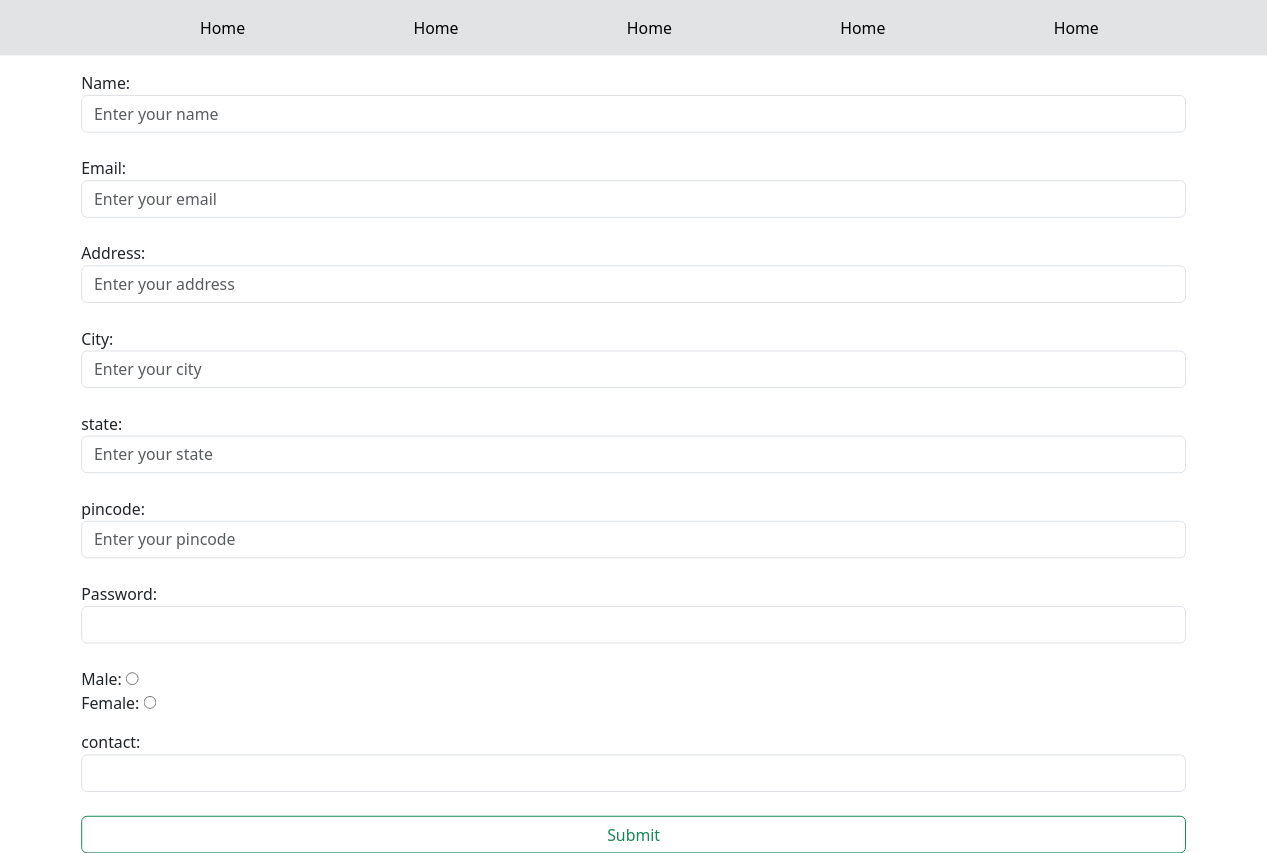
Repository: Naynsh2904/Advance_Java
Page: http://localhost/createForm/NewFile.jsp
These files come from the project's save history. The page is drawn as it stood at one moment and after the next save; the edit follows.
The browser window is 1280 px wide. The pictures show the whole page, at 99% of full size.
The page is served by Tomcat 9. Other server files are loaded and not shown.

Above is the page before, as saved 2025-02-01 05:51:36.

### createForm/src/main/webapp/NewFile.jsp
<%@ page language="java" contentType="text/html; charset=UTF-8"
	pageEncoding="UTF-8"%>
<!DOCTYPE html>
<html>

<head>
  <meta charset="UTF-8">
  <link rel="stylesheet" href="https://cdn.jsdelivr.net/npm/bootstrap@5.3.3/dist/css/bootstrap.min.css">
  <title>Document</title>
  <style>
    * {
      margin: 0;
      padding: 0;
    }

    a {
      text-decoration: none;
      color: black;
    }

    li {
      list-style: none;
    }
  </style>
</head>

<body>
  <div>

    <nav>
      <ul class="d-flex justify-content-evenly py-3 bg-secondary-subtle ">
        <li><a href="#">Home</a></li>
        <li><a href="#">Home</a></li>
        <li><a href="#">Home</a></li>
        <li><a href="#">Home</a></li>
        <li><a href="#">Home</a></li>
      </ul>
    </nav>
    <form action="#" method="get">
      <div class="container">
        Name: <input class="form-control" type="text" name="name" value="" placeholder="Enter your name"/><br>
        Email: <input class="form-control" type="email" name="email" value="" placeholder="Enter your email" /><br>
        Address: <input type="text" name="address" class="form-control" value="" placeholder="Enter your address"><br>
        City: <input type="text" name="city" class="form-control" placeholder="Enter your city" ><br>
        state: <input class="form-control" type="text" name="state" value="" placeholder="Enter your state"><br>
        pincode: <input type="text" name="pin" value="" placeholder="Enter your pincode" class="form-control"><br>
        Password: <input class="form-control" type="password" name="password" value="" /><br>
        <div class="pb-3">
          Male: <input class="" type="radio" name="gender" value="male" /><br>
          Female: <input class="" type="radio" name="gender" value="female" /><br>
        </div>
        contact: <input class="form-control" type="contact" name="contact" value="" /><br>
        <div>
          <button type="submit" name="btn" class="form-control btn btn-outline-success">Submit</button>
        </div>
      </div>
    </form>

  </div>

  <script src="https://cdn.jsdelivr.net/npm/bootstrap@5.3.0/dist/js/bootstrap.bundle.min.js"></script>
</body>

</html>

After the next save:
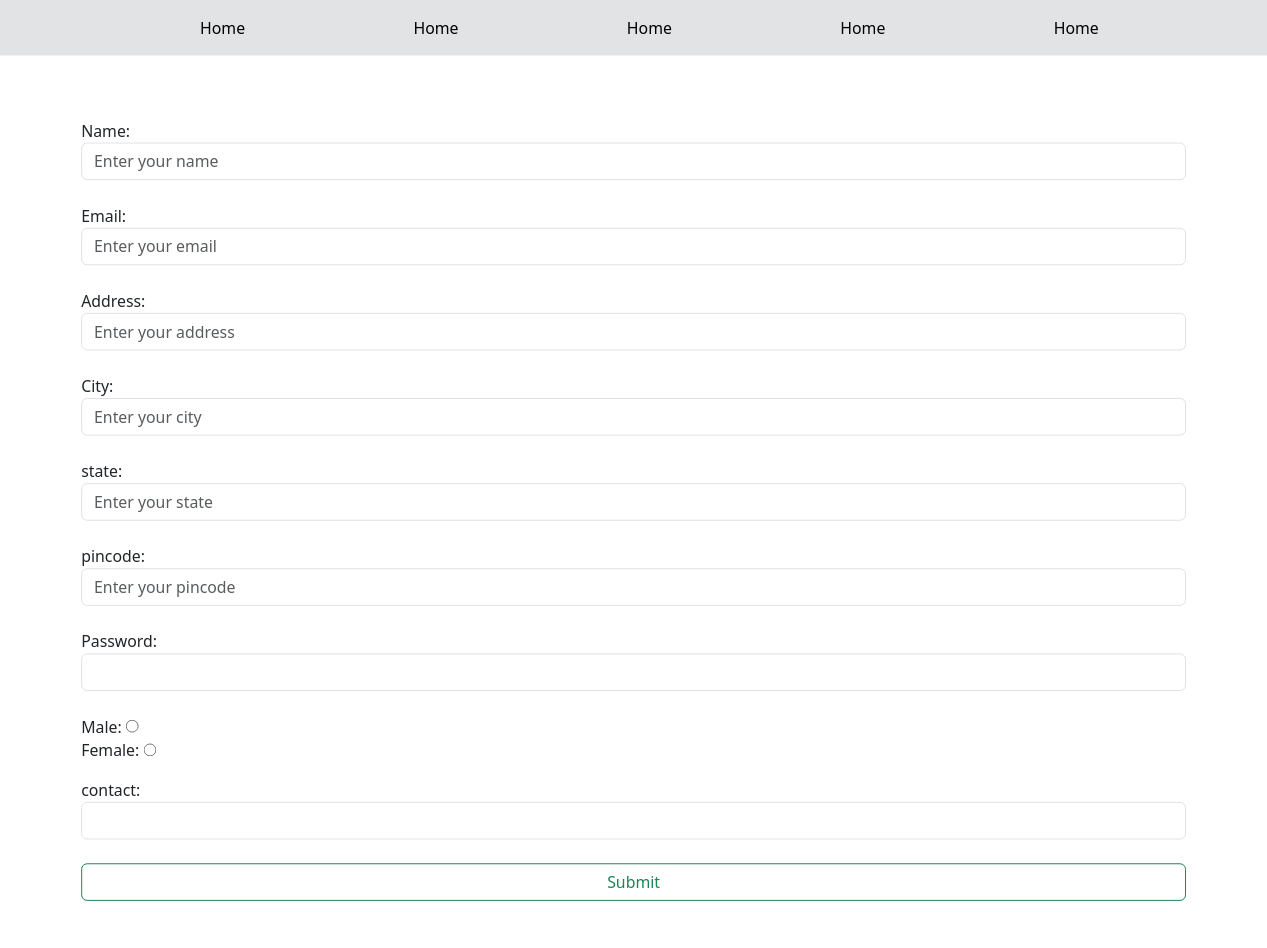
Saved 3 min 33 s later.
--- a/createForm/src/main/webapp/NewFile.jsp
+++ b/createForm/src/main/webapp/NewFile.jsp
@@ -37,7 +37,7 @@
       </ul>
     </nav>
     <form action="#" method="get">
-      <div class="container">
+      <div class="container py-5">
         Name: <input class="form-control" type="text" name="name" value="" placeholder="Enter your name"/><br>
         Email: <input class="form-control" type="email" name="email" value="" placeholder="Enter your email" /><br>
         Address: <input type="text" name="address" class="form-control" value="" placeholder="Enter your address"><br>
